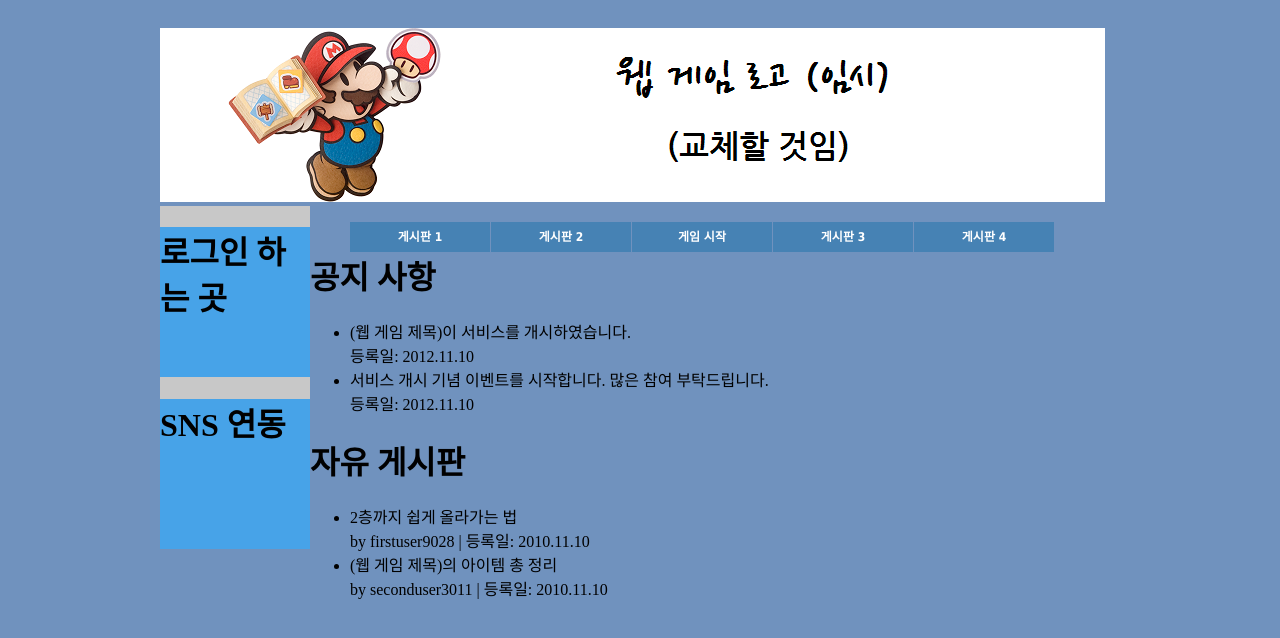
Repository: gunhe123/web_programing_project_Team_4
Page: http://localhost/web_game/
The author's editor kept a copy of each file at every save. The page is drawn from the files as they stood at one save, then again after the next save.
The browser window is 1280 px wide. The pictures show the whole page.
The page is served by Tomcat 9. Nobody is signed in. The application's start-up code is not run. Other server files are loaded and not shown.

Above is the page before, as saved 2012-11-10 16:02:21.

### web_game/WebContent/index.html
<!DOCTYPE html>
<html lang="ko">
<head>
	<meta charset="utf-8">
	<title>Web Game</title>
	<link href="stylesheets/main.css" rel="stylesheet" type="text/css">
</head>
<body>
<div id="wrap">
	<div id="top_logo">
		<img src="images/mario.png" alt="Web Game Logo">
	</div>
	<div id="content">
		<div id="sidebar">
			<div id="login_box">
			<h1>로그인 하는 곳</h1>
			</div>
			<div id="sns">
			<h1>SNS 연동</h1>
			</div>
		</div>
		<div id="main_content">
			<div class="main_section" id="menubar">
				<ul>
					<li><a href="">게시판 1</a></li>
					<li><a href="">게시판 2</a></li>
					<li><a href="">게임 시작</a></li>
					<li><a href="">게시판 3</a></li>
					<li><a href="">게시판 4</a></li>
				</ul>
			</div>
			<div class="main_section" id="notice">
			<h1>공지 사항</h1>
			<ul>
				<li>
					<div class="article">
					(웹 게임 제목)이 서비스를 개시하였습니다.
					</div>
					<span class="date">등록일: 2012.11.10</span>
				</li>
				<li>
					<div class="article">
					서비스 개시 기념 이벤트를 시작합니다. 많은 참여 부탁드립니다.
					</div>
					<span class="date">등록일: 2012.11.10</span>
				</li>
			</ul>
			</div>
			<div class="main_section" id="free_board">
			<h1>자유 게시판</h1>
			<ul>
				<li>
					<div class="article">
					2층까지 쉽게 올라가는 법
					</div>
					<span class="author">by firstuser9028</span> |
					<span class="date">등록일: 2010.11.10</span>
				</li>
				<li>
					<div class="article">
					(웹 게임 제목)의 아이템 총 정리
					</div>
					<span class="author">by seconduser3011</span> |
					<span clss="date">등록일: 2010.11.10</span>
				</li>
			</ul>
			</div>
		</div>
	</div>
</div>
</body>
</html>

### web_game/WebContent/stylesheets/main.css
html{color:#000;
	background:rgb(112,146,190);
	padding:20px 0;
	}
#wrap{
	width: 960px;
	margin:0 auto;
}
#main_content{
	float: left;
}

#sidebar{
	background:rgb(200,200,200);
	width: 150px;
	float: left;
}
#login_box{
	background-color:rgb(71,163,232);
	height: 150px;
}
#sns{
	background-color:rgb(71,163,232);
	height: 150px;
}
#menubar ul li{

	padding:10px,10px,10px,10px;
	float: left;
	list-style: none;
	}
#menubar ul li a{
	color:#fff; background-color:#4682b4;

	display:block;
	width:120px;
	text-align:center;
	padding:0px 10px;
	font: bold 12px/30px Tahoma;
	text-decoration:none;
	margin-right:1px;
}
#notice{
	float: none;
}

After the next save:
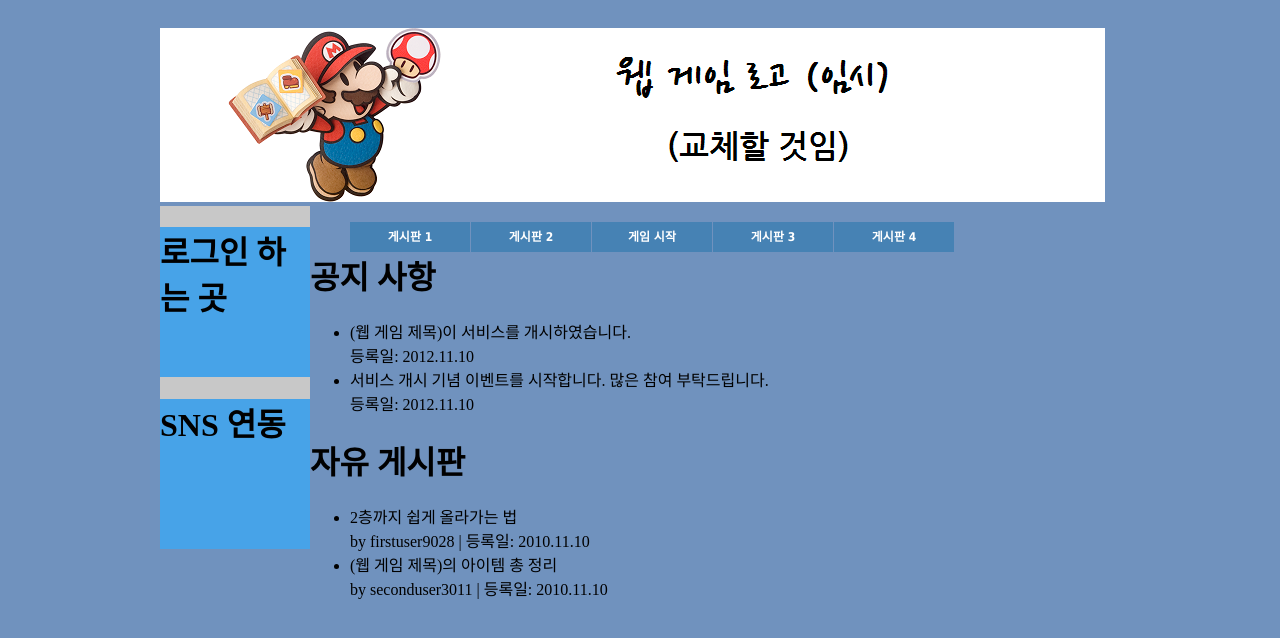
Saved 14 s later.
--- a/web_game/WebContent/stylesheets/main.css
+++ b/web_game/WebContent/stylesheets/main.css
@@ -24,7 +24,7 @@
 	height: 150px;
 }
 #menubar ul li{
-
+	margin:10px,10px,10px,10px;
 	padding:10px,10px,10px,10px;
 	float: left;
 	list-style: none;
@@ -35,7 +35,7 @@
 	display:block;
 	width:120px;
 	text-align:center;
-	padding:0px 10px;
+
 	font: bold 12px/30px Tahoma;
 	text-decoration:none;
 	margin-right:1px;

After the save that followed:
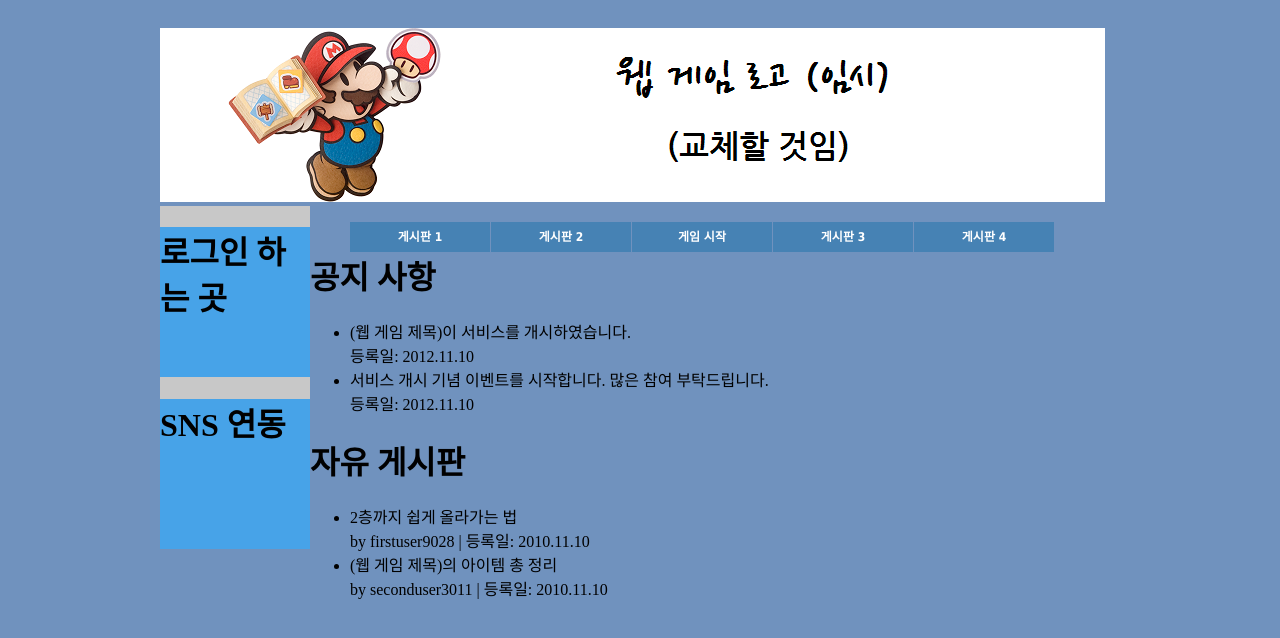
Saved 5 s later.
--- a/web_game/WebContent/stylesheets/main.css
+++ b/web_game/WebContent/stylesheets/main.css
@@ -35,7 +35,7 @@
 	display:block;
 	width:120px;
 	text-align:center;
-
+	padding:0px 10px;
 	font: bold 12px/30px Tahoma;
 	text-decoration:none;
 	margin-right:1px;
